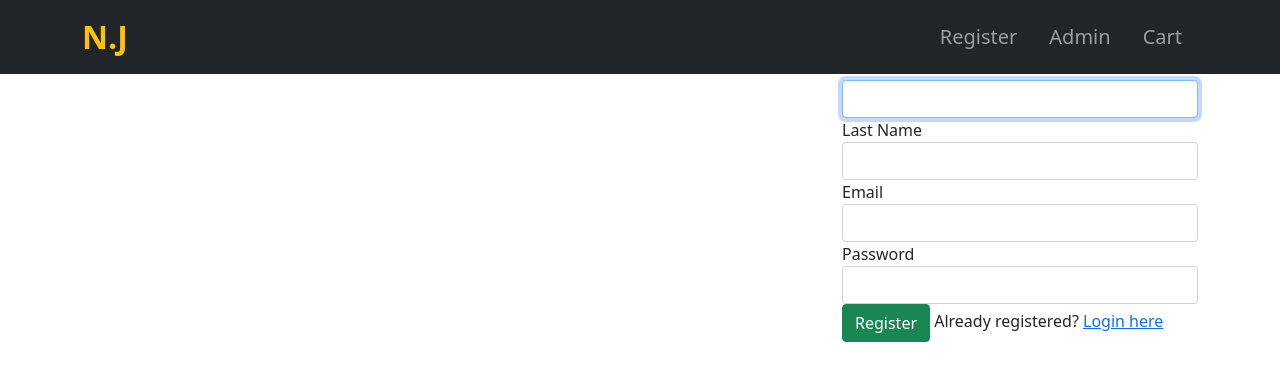
Repository: Niks4u2/SportyShoes
Page: http://localhost/registration
The author's editor kept a copy of each file at every save. The page is drawn from the files as they stood at one save, then again after the next save.
The browser window is 1280 px wide. The pictures show the whole page.
Some web libraries are served in a nearby version. The page is this project's Thymeleaf template; nobody is signed in. The template is opened directly, without the code that normally fills it, so the values that code supplies are empty.

Above is the page before, as saved 2021-11-07 17:32:53.

After the next save:
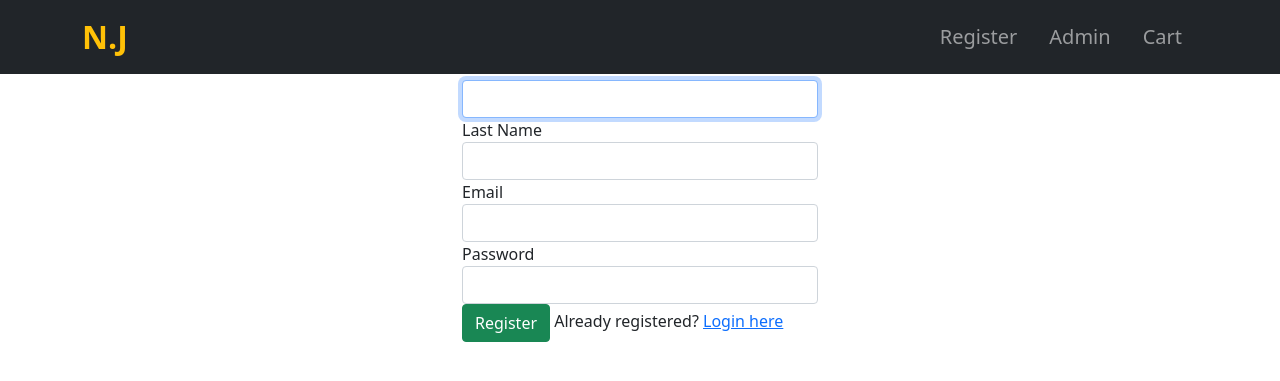
Saved 29 s later.
--- a/Source Code/sporty-shoes/src/main/resources/templates/registration.html
+++ b/Source Code/sporty-shoes/src/main/resources/templates/registration.html
@@ -85,6 +85,7 @@
 					</div>
 				</form>
 			</div>
+						    <div class="col"></div>
 		</div>
 	</div>
 </body>
